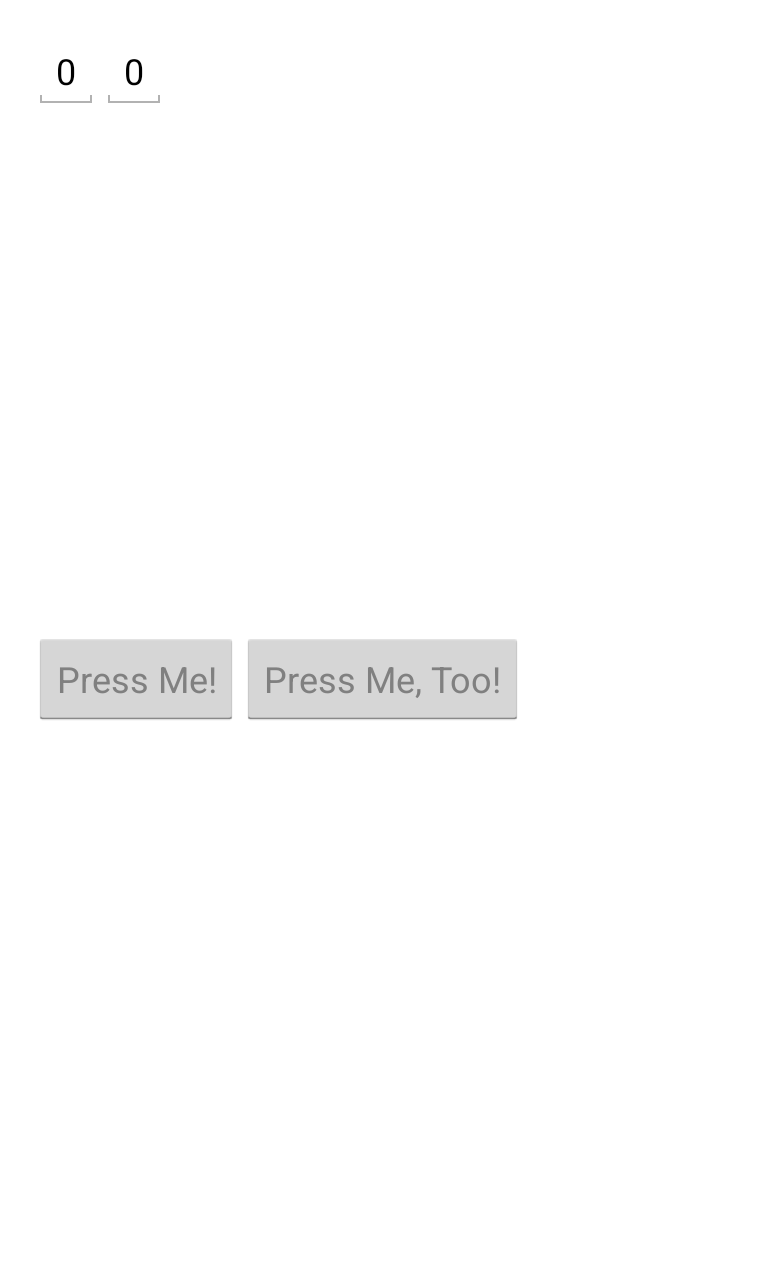
Repository: radupoenaru1992/Model
Layout: PracticalTest01/res/layout/activity_practical_test01_main.xml
The author's editor kept a copy of each file at every save. The layout is drawn from the files as they stood at one save, then again after the next save.
It is drawn on a 768 x 1280 px phone screen (xhdpi) without system bars, with theme AppTheme; the app's code is not run.

Above is the layout before, as saved 2015-03-29 17:19:59.

After the next save:
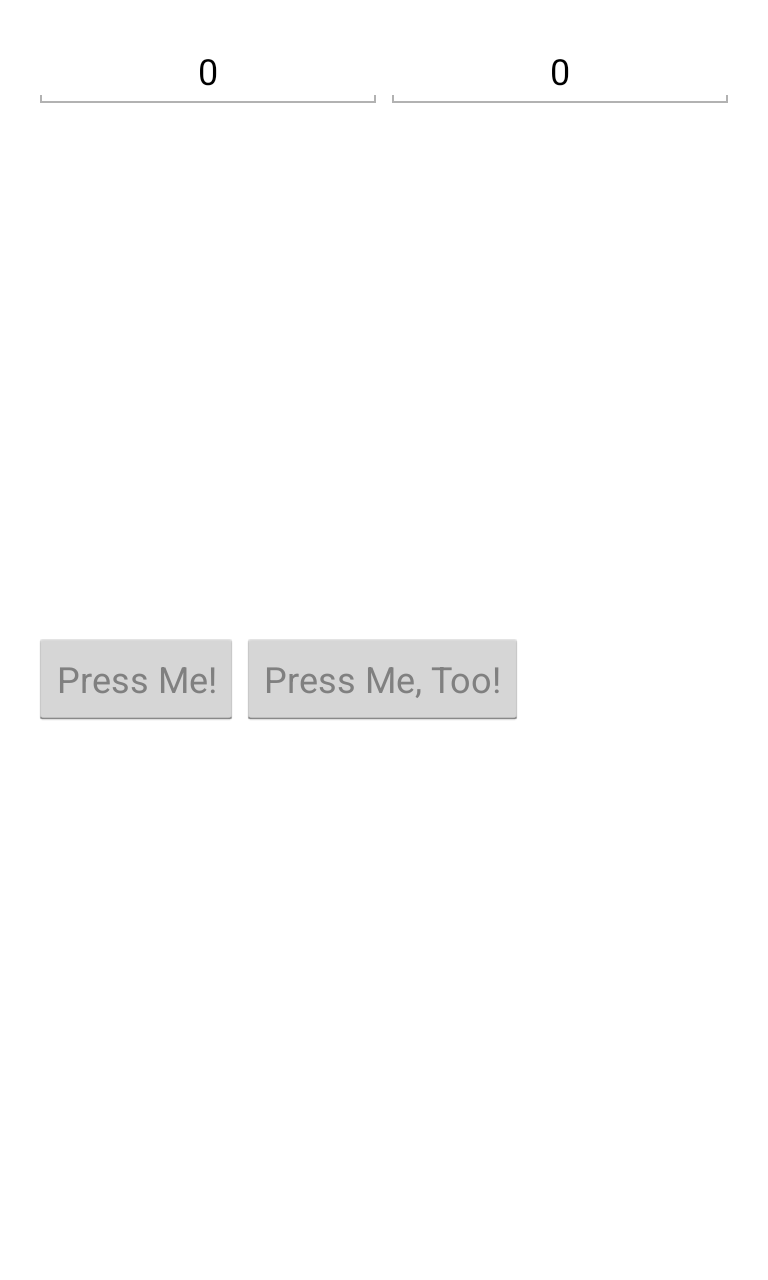
Saved 21 s later.
--- a/PracticalTest01/res/layout/activity_practical_test01_main.xml
+++ b/PracticalTest01/res/layout/activity_practical_test01_main.xml
@@ -10,7 +10,7 @@
     android:orientation="vertical">
 
     <LinearLayout
-        android:layout_width="wrap_content"
+        android:layout_width="match_parent"
     	android:layout_height="wrap_content"
     	android:id="@+id/llaySt"
         >
@@ -36,7 +36,7 @@
     </LinearLayout>
 
     <LinearLayout
-        android:layout_width="wrap_content"
+        android:layout_width="match_parent"
     	android:layout_height="wrap_content"
     	android:layout_weight="1"
     	android:id="@+id/llayDr"
